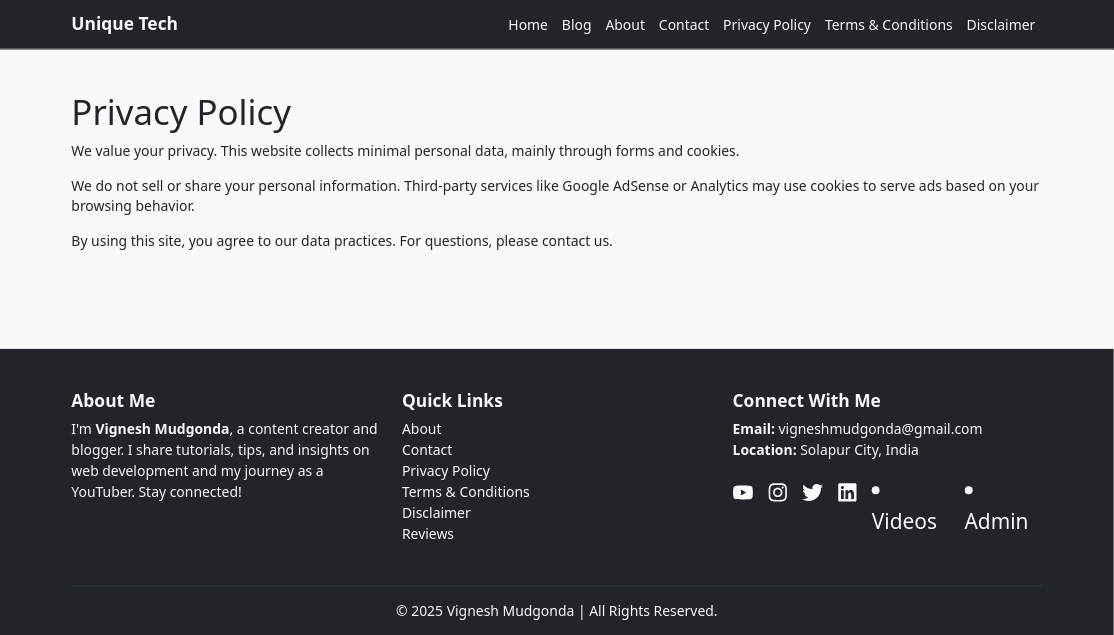
Repository: vigneshmudgonda/Blog2
Page: /privacy-policy (app in blog-frontend-full/)
These files come from the project's save history. The page is drawn as it stood at one moment and after the next save; the edit follows.
The browser window is 1280 px wide. The pictures show the whole page, at 87% of full size.
The page's requests for data from a server got no answer. The project was rebuilt for these pictures with package versions that can differ from the ones it lists, and the page was loaded fresh each time. No one was signed in, and anything a server would have sent is missing. Also part of the build but not shown: blog-frontend-full/src/services/api.js, blog-frontend-full/src/pages/Home.js, blog-frontend-full/src/pages/BlogList.js, blog-frontend-full/src/pages/BlogDetail.js, blog-frontend-full/src/pages/Reviews.js, blog-frontend-full/src/pages/Contact.js, blog-frontend-full/src/pages/About.js, blog-frontend-full/src/pages/AdminLogin.js and 6 more.

Above is the page before, as saved 2025-08-22 20:34:15.

After the next save:
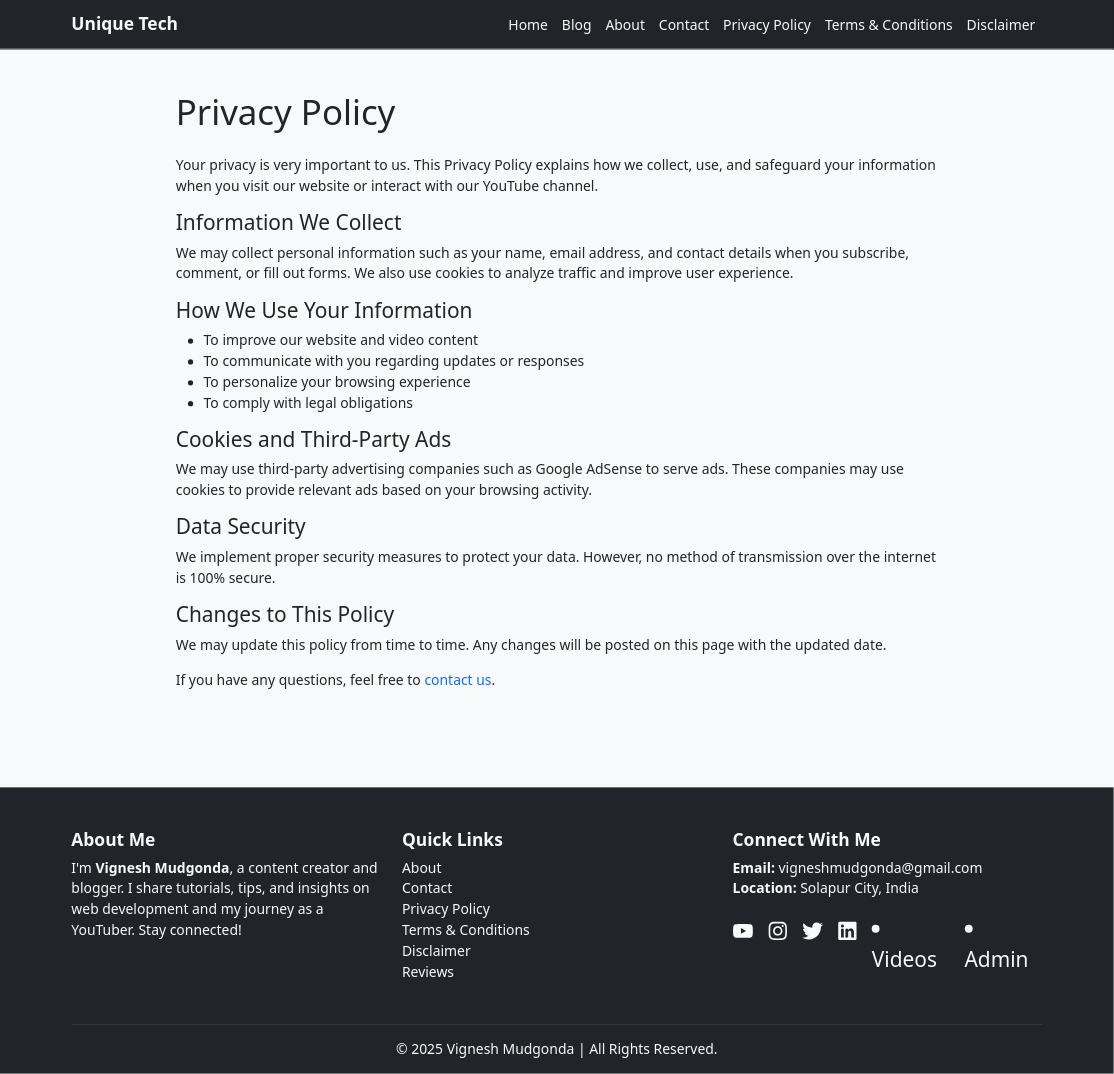
Saved 2 min 7 s later.
--- a/blog-frontend-full/src/pages/PrivacyPolicy.js
+++ b/blog-frontend-full/src/pages/PrivacyPolicy.js
@@ -1,23 +1,53 @@
 import React from "react";
-import { Container } from "react-bootstrap";
 
 export default function PrivacyPolicy() {
   return (
-    <Container className="py-5">
-      <h1>Privacy Policy</h1>
+    <div className="container py-5" style={{ maxWidth: "900px" }}>
+      <h1 className="mb-4">Privacy Policy</h1>
       <p>
-        We value your privacy. This website collects minimal
-        personal data, mainly through forms and cookies.
+        Your privacy is very important to us. This Privacy Policy explains how
+        we collect, use, and safeguard your information when you visit our
+        website or interact with our YouTube channel.
       </p>
+
+      <h4>Information We Collect</h4>
       <p>
-        We do not sell or share your personal information. Third-party services
-        like Google AdSense or Analytics may use cookies to serve ads based on
-        your browsing behavior.
+        We may collect personal information such as your name, email address,
+        and contact details when you subscribe, comment, or fill out forms. We
+        also use cookies to analyze traffic and improve user experience.
       </p>
+
+      <h4>How We Use Your Information</h4>
+      <ul>
+        <li>To improve our website and video content</li>
+        <li>To communicate with you regarding updates or responses</li>
+        <li>To personalize your browsing experience</li>
+        <li>To comply with legal obligations</li>
+      </ul>
+
+      <h4>Cookies and Third-Party Ads</h4>
       <p>
-        By using this site, you agree to our data practices. For questions,
-        please contact us.
+        We may use third-party advertising companies such as Google AdSense to
+        serve ads. These companies may use cookies to provide relevant ads based
+        on your browsing activity.
       </p>
-    </Container>
+
+      <h4>Data Security</h4>
+      <p>
+        We implement proper security measures to protect your data. However, no
+        method of transmission over the internet is 100% secure.
+      </p>
+
+      <h4>Changes to This Policy</h4>
+      <p>
+        We may update this policy from time to time. Any changes will be posted
+        on this page with the updated date.
+      </p>
+
+      <p>
+        If you have any questions, feel free to{" "}
+        <a href="/contact">contact us</a>.
+      </p>
+    </div>
   );
 }
